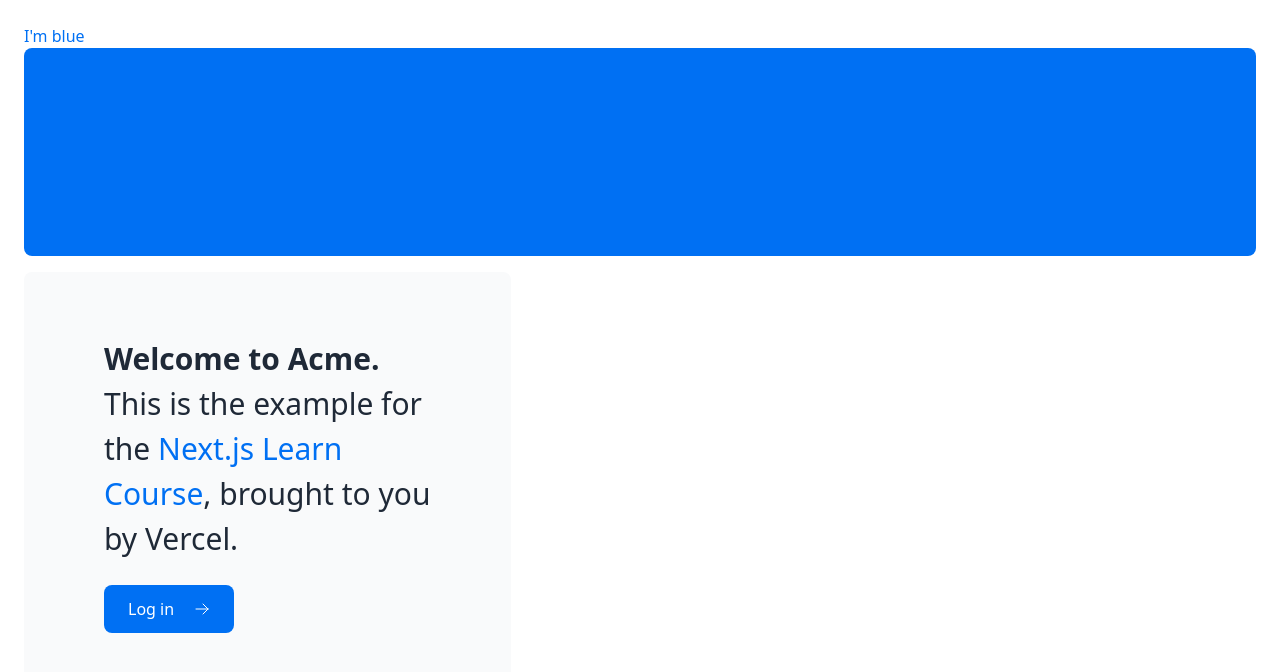
Repository: lokinell/nextjs-dashboard
Page: /
An editor plug-in stored every save of this project. The page is shown before and after the next save, followed by the edit.
The browser window is 1280 px wide. The pictures show the whole page.
Some web fonts or font styles are not loaded; a fallback is used. The project was rebuilt for these pictures with package versions that can differ from the ones it lists, and the page was loaded fresh each time. The framework's server and built-in components were replaced by stand-ins that run in the browser. Also part of the build but not shown: next.config.js.

Above is the page before, as saved 2024-03-11 23:42:49.

After the next save:
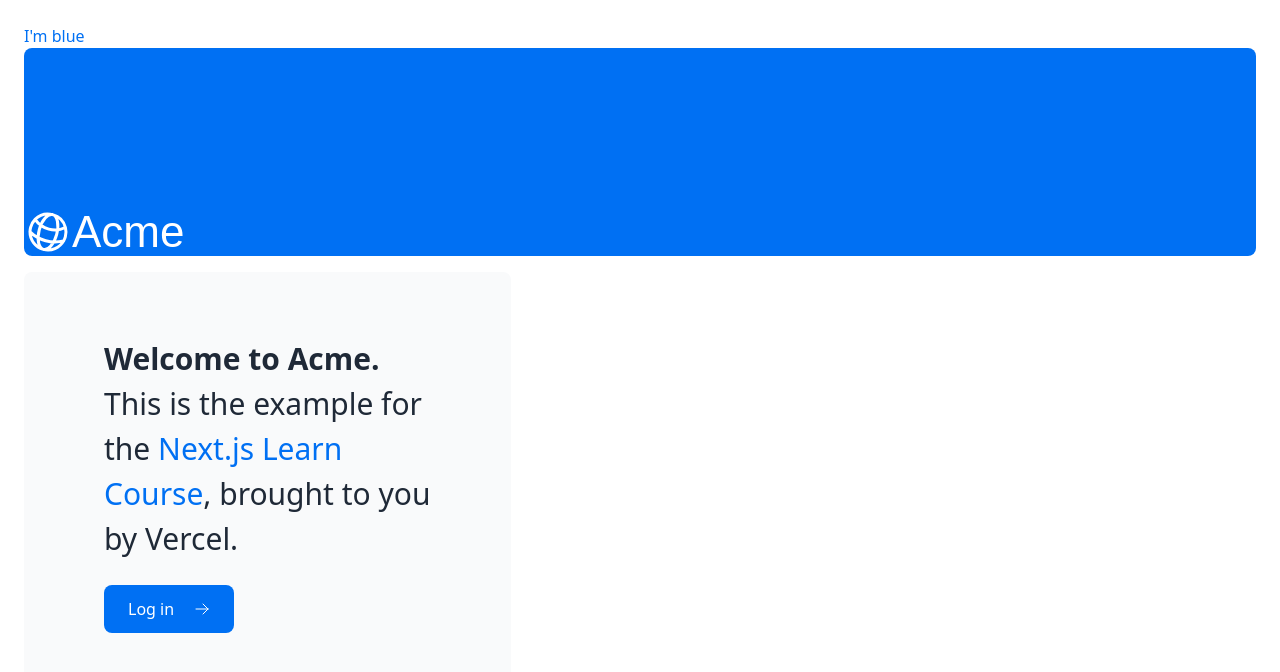
Saved 16 s later.
--- a/app/page.tsx
+++ b/app/page.tsx
@@ -7,7 +7,7 @@
     <main className="flex min-h-screen flex-col p-6">
     <h1 className="text-blue-500">I'm blue</h1>
       <div className="flex h-20 shrink-0 items-end rounded-lg bg-blue-500 md:h-52">
-        {/* <AcmeLogo /> */}
+        { <AcmeLogo /> }
       </div>
       <div className="mt-4 flex grow flex-col gap-4 md:flex-row">
         <div className="flex flex-col justify-center gap-6 rounded-lg bg-gray-50 px-6 py-10 md:w-2/5 md:px-20">

After the save that followed:
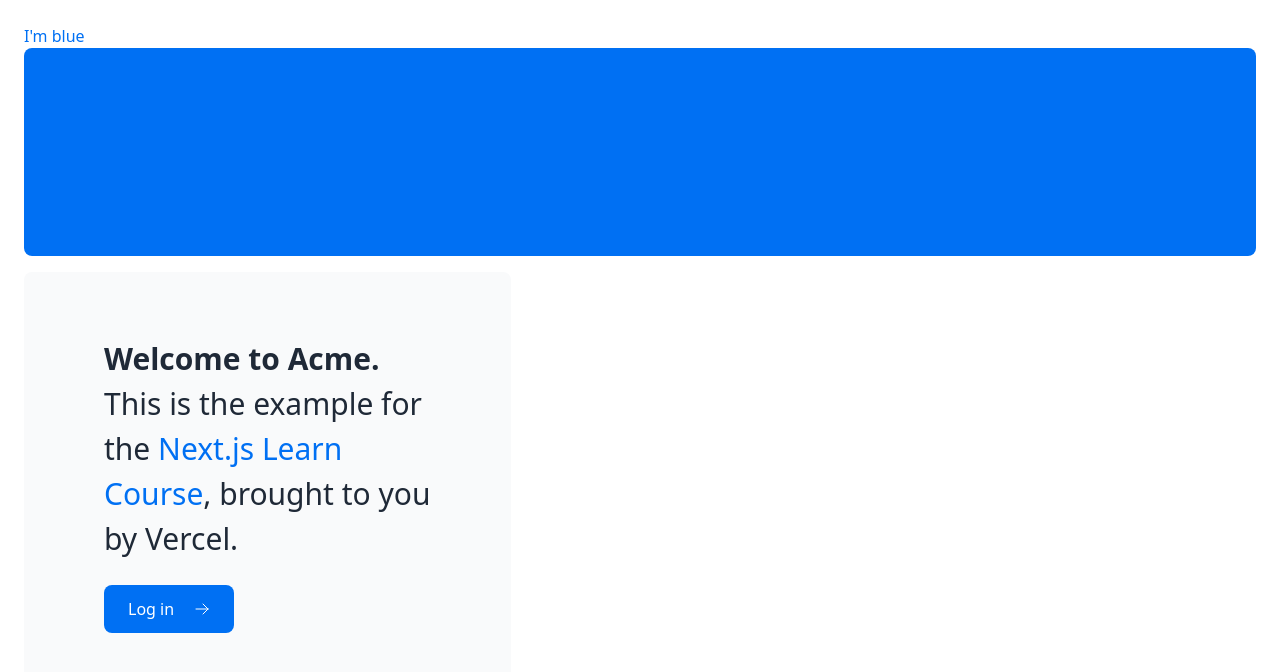
Saved 12 s later.
--- a/app/page.tsx
+++ b/app/page.tsx
@@ -7,7 +7,7 @@
     <main className="flex min-h-screen flex-col p-6">
     <h1 className="text-blue-500">I'm blue</h1>
       <div className="flex h-20 shrink-0 items-end rounded-lg bg-blue-500 md:h-52">
-        { <AcmeLogo /> }
+        {/* <AcmeLogo /> */}
       </div>
       <div className="mt-4 flex grow flex-col gap-4 md:flex-row">
         <div className="flex flex-col justify-center gap-6 rounded-lg bg-gray-50 px-6 py-10 md:w-2/5 md:px-20">
